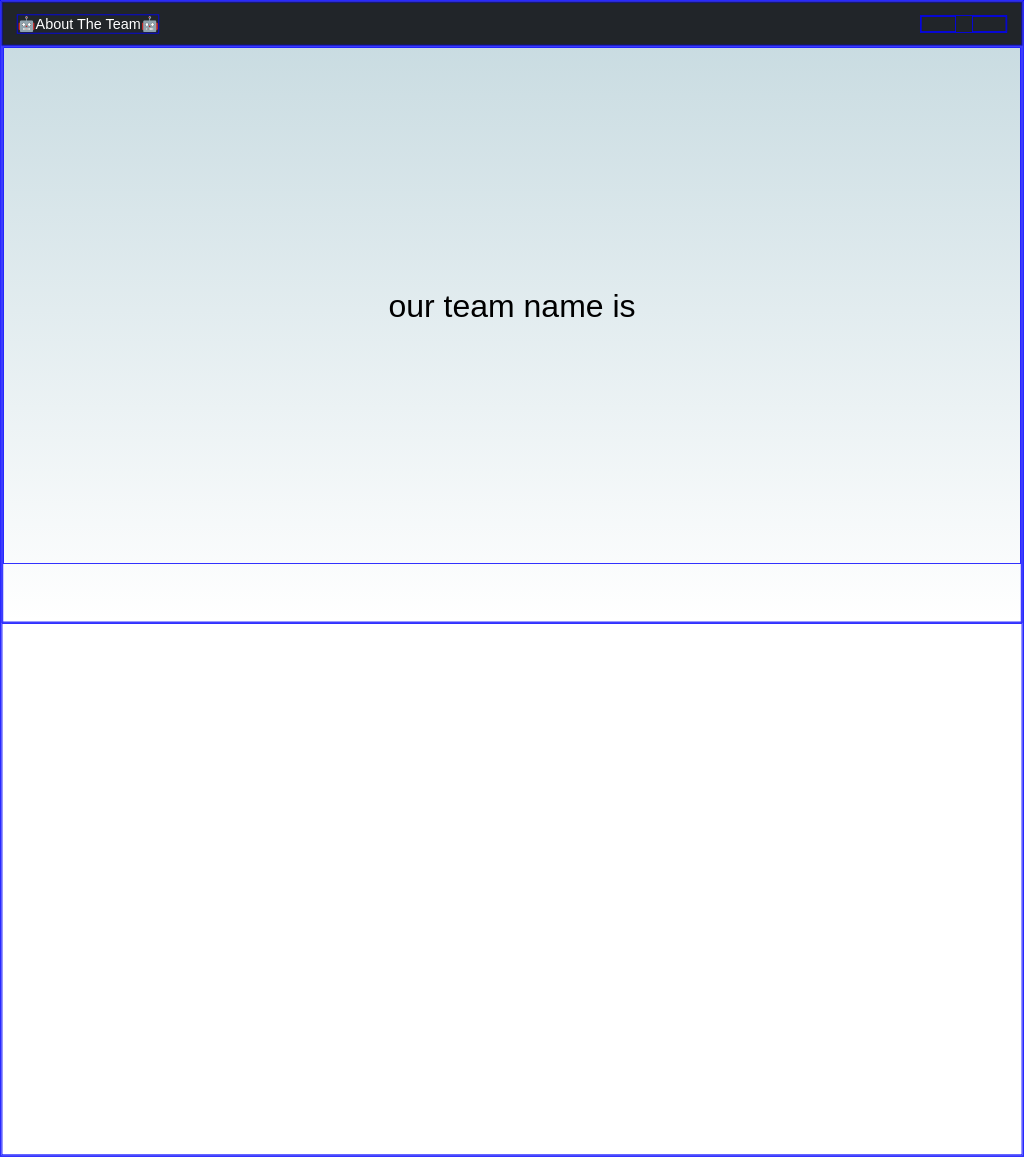
Repository: ammarsetiawan/gps-traker
Page: about.html
The author's editor kept a copy of each file at every save. The page is drawn from the files as they stood at one save, then again after a run of saves.
The browser window is 1280 px wide. The pictures show the whole page, at 80% of full size.

Above is the page before, as saved 2025-11-25 17:11:41.

After the next 4 saves:
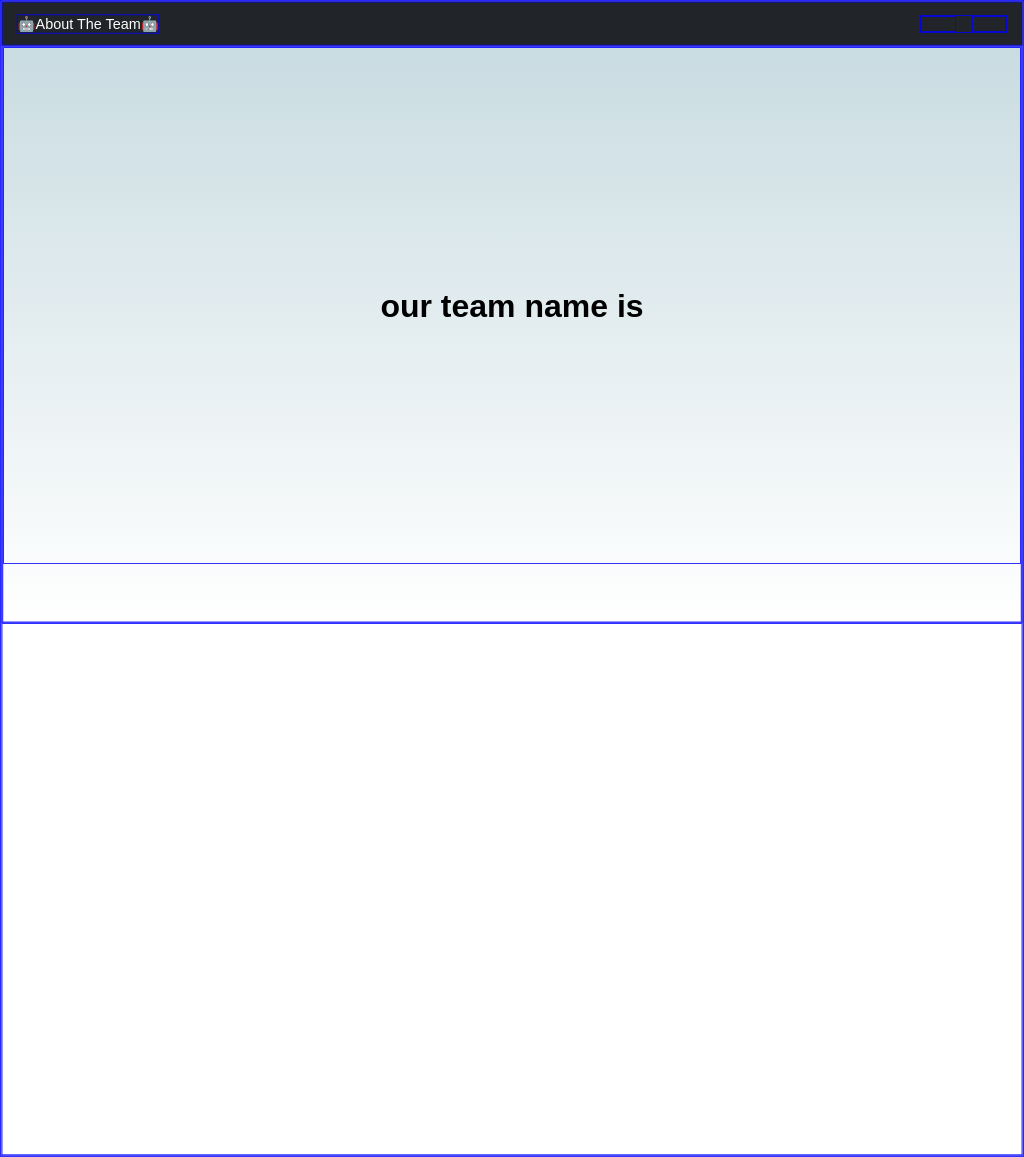
The 4 saves are shown as one change because they came seconds apart.
The last was saved 8 s later.
--- a/about.html
+++ b/about.html
@@ -72,7 +72,7 @@
         justify-content: center;
         align-items: center;
         font-size: 40px;
-        font-weight: ;
+        font-weight: 800;
     }
 
     #menuBtn {
